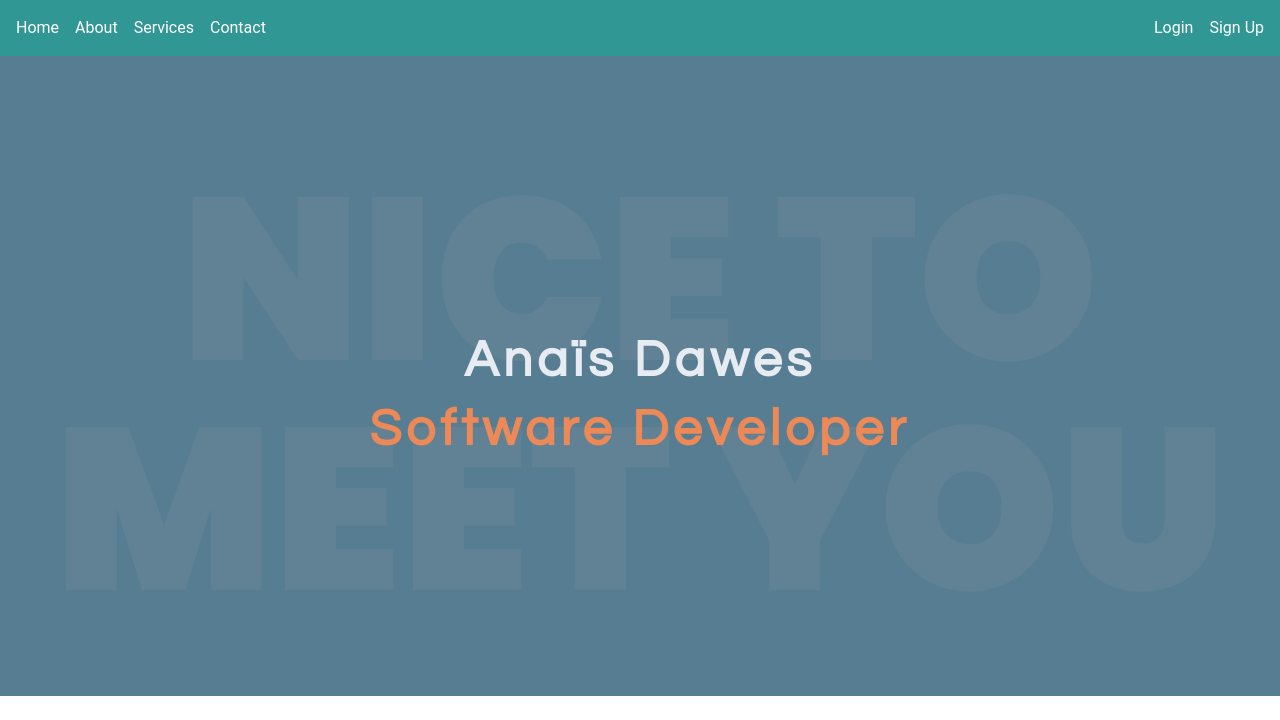
Repository: aedawes/AnaisDawesWebsite
Page: / (app in my-app/)
An editor plug-in stored every save of this project. The page is shown before and after a run of saves, followed by the edit.
The browser window is 1280 px wide. The pictures show the whole page.
Some web fonts or font styles are not loaded; a fallback is used. The project was rebuilt for these pictures with package versions that can differ from the ones it lists, and the page was loaded fresh each time. Also part of the build but not shown: my-app/src/App.css, my-app/src/Components/Navbar.css, my-app/src/Components/Navbar.js.

Above is the page before, as saved 2023-09-02 21:25:37.

### my-app/src/index.js
import React from 'react';
import ReactDOM from 'react-dom/client';
import './index.css';
import App from './App';
import customTheme from './theme';
import reportWebVitals from './reportWebVitals';
import { ChakraProvider } from '@chakra-ui/react'

const root = ReactDOM.createRoot(document.getElementById('root'));
root.render(
  <ChakraProvider theme={customTheme}>
    <React.StrictMode>
      <App />
    </React.StrictMode>
  </ChakraProvider>
);

// If you want to start measuring performance in your app, pass a function
// to log results (for example: reportWebVitals(console.log))
// or send to an analytics endpoint. Learn more: https://bit.ly/CRA-vitals
reportWebVitals();

### my-app/src/App.js
import './App.css';
import Home from './Home';

function App() {
  return (
    <div className="App">
      <header className="App-header">
        <Home></Home>
      </header>
    </div>
  );
}

export default App;

### my-app/src/theme.js
// theme.js
import { extendTheme } from '@chakra-ui/react';

const theme = extendTheme({
    styles: {
        global: {
          // Import and define the Google Fonts using @font-face
          '@font-face': [
            {
              fontFamily: 'Poppins', // Font family name for Poppins
              src: 'url(https://fonts.googleapis.com/css2?family=Poppins:wght@900&display=swap)',
              fontWeight: '900', // FontWeight for Poppins
              fontStyle: 'normal',
            },
            {
              fontFamily: 'Questrial', // Font family name for Questrial
              src: 'url(https://fonts.googleapis.com/css2?family=Questrial&display=swap)',
              fontWeight: 'normal',
              fontStyle: 'normal',
            },
          ],
        },
    },
    colors: {
        blues: {
            100: '#0B0C21',
            200: '#567D91',
            300: '#A9C7D9',
            400: '#E6ECF1',
        },
        oranges: {
            100: '#ED8957',
        },
    },
    fonts: {
        body: 'Roboto, sans-serif',
        heading: 'Montserrat, sans-serif',
    },
});

export default theme;

### my-app/src/Home.js
import './Home.css';
import { Box, Center, Heading, Text, VStack, Button} from '@chakra-ui/react'
import NavBar from './Components/Navbar.js';
import MobileMenu from './Components/MobileMenu';

function Home() {
  return (
    <div className="App">
      <MobileMenu />
      {/* <NavBar /> */}
      <Box id='niceToMeetYou' backgroundColor='blues.200'>
        <Center id="center-content">
          <Heading id='bgText' fontFamily='Poppins'> NICE TO MEET YOU </Heading>
          <VStack id="center-title">
            <Heading
              id='name'
              fontFamily='Questrial'
              color='blues.400'>
              Anaïs Dawes
            </Heading>
            <Heading
              id='job'
              fontFamily='Questrial'
              color='oranges.100'>
              Software Developer
            </Heading>
          </VStack>
        </Center>
      </Box>
    </div>
  );
}

export default Home;

### my-app/src/Home.css
@import url('https://fonts.googleapis.com/css2?family=Poppins:wght@900&family=Questrial&display=swap');
@import url("https://use.typekit.net/ber4ifm.css");

#niceToMeetYou{
    height: fit-content;
    width: 100vw;
}

#center-content {
    padding-top: 8.5%;
    padding-bottom: 5.5%;
}

#bgText {
    text-align: center;
    line-height: 100%;
    font-size: 18vw;
    color: #618294;
}

#center-title {
    position: absolute;
    text-align: center;
}

#name {
    /* font-family: 'Questrial', sans-serif; */
    font-size: 4vw;
    letter-spacing: 5px;
}

#job {
    /* font-family: 'Questrial', sans-serif; */
    font-size: 4vw;
    letter-spacing: 5px;
}

### my-app/src/Components/MobileMenu.js
import React, { useState } from 'react';
import {
  Box,
  Flex,
  Spacer,
  Button,
  Menu,
  MenuButton,
  MenuList,
  MenuItem,
} from '@chakra-ui/react';

const MobileMenu = () => {
  const [isOpen, setIsOpen] = useState(false);

  const toggleMenu = () => {
    setIsOpen(!isOpen);
  };

  return (
    <Flex
      as="nav"
      align="center"
      justify="space-between"
      padding="1rem"
      bg="teal.500"
      color="white"
    >
      <Box display={{ base: 'block', md: 'none' }}>
        <Button>Menu</Button>
      </Box>
      <Box display={{ base: isOpen ? 'block' : 'none', md: 'block' }}>
        <Flex align="center" justify={{ base: 'center', md: 'flex-start' }}>
          <Box>
            <a href="/">Home</a>
          </Box>
          <Box ml={4}>
            <a href="/about">About</a>
          </Box>
          <Box ml={4}>
            <a href="/services">Services</a>
          </Box>
          <Box ml={4}>
            <a href="/contact">Contact</a>
          </Box>
        </Flex>
      </Box>
      <Spacer />
      <Box display={{ base: 'none', md: 'block' }}>
        <Flex align="center">
          <a href="/login">Login</a>
          <Box ml={4}>
            <a href="/signup">Sign Up</a>
          </Box>
        </Flex>
      </Box>
      <Box display={{ base: 'block', md: 'none' }}>
        <Menu>
          <MenuButton />
          <MenuList>
            <MenuItem>
              <a href="/">Home</a>
            </MenuItem>
            <MenuItem>
              <a href="/about">About</a>
            </MenuItem>
            <MenuItem>
              <a href="/services">Services</a>
            </MenuItem>
            <MenuItem>
              <a href="/contact">Contact</a>
            </MenuItem>
            <MenuItem>
              <a href="/login">Login</a>
            </MenuItem>
            <MenuItem>
              <a href="/signup">Sign Up</a>
            </MenuItem>
          </MenuList>
        </Menu>
      </Box>
    </Flex>
  );
};

export default MobileMenu;

Loaded but not shown: my-app/public/index.html (common file); my-app/src/index.css (common file); my-app/src/reportWebVitals.js (common file)

After the next 2 saves:
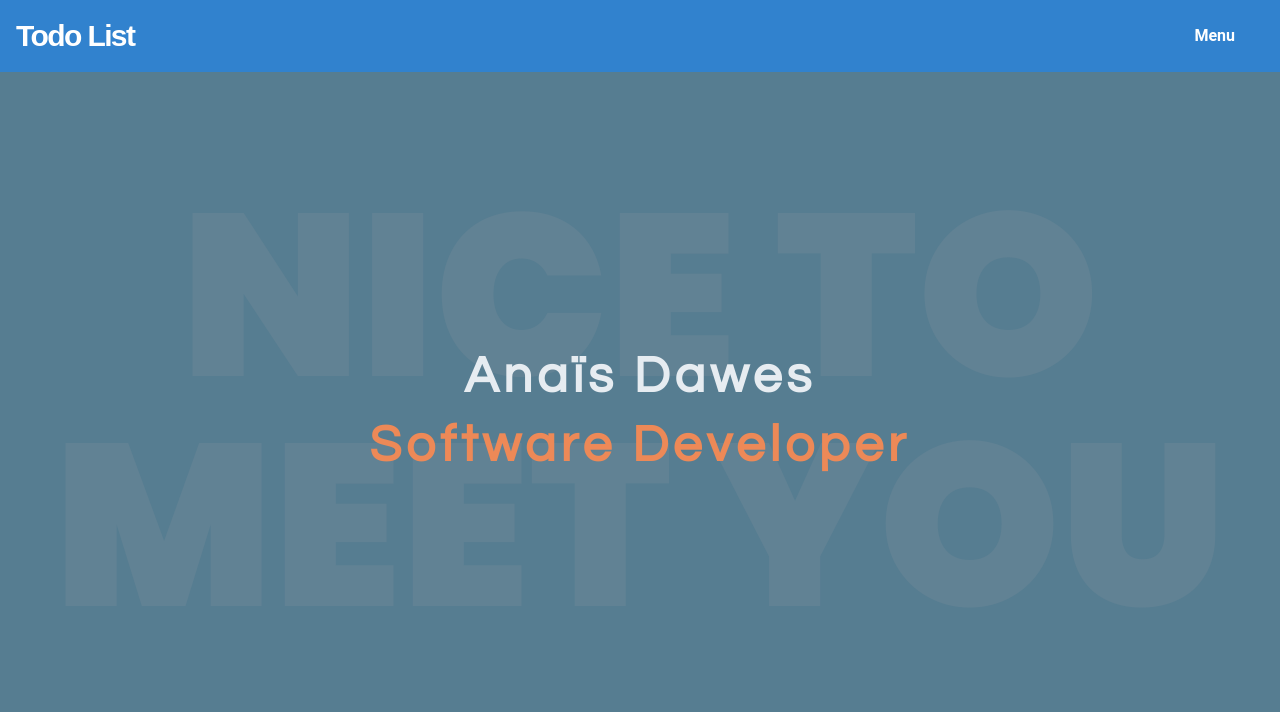
The 2 saves are shown as one change because 1 did not build or start.
The last was saved 4 min 49 s later.
--- a/my-app/src/Components/MobileMenu.js
+++ b/my-app/src/Components/MobileMenu.js
@@ -1,81 +1,61 @@
-import React, { useState } from 'react';
+import { useState } from 'react';
+import { Link } from 'react-router-dom';
 import {
   Box,
+  Button,
   Flex,
-  Spacer,
-  Button,
+  Heading,
   Menu,
   MenuButton,
+  MenuDivider,
   MenuList,
-  MenuItem,
-} from '@chakra-ui/react';
+  MenuItem
+} from '@chakra-ui/react'; //imports from Chakra UI
 
+//Navbar component (only renders the nav bar rather than a full page)
 const MobileMenu = () => {
-  const [isOpen, setIsOpen] = useState(false);
+  const [isOpen, setIsOpen] = useState(false); //state for the menu
 
-  const toggleMenu = () => {
-    setIsOpen(!isOpen);
-  };
+  const toggle = () => setIsOpen(!isOpen); //function to toggle the menu
 
   return (
-    <Flex
-      as="nav"
-      align="center"
-      justify="space-between"
-      padding="1rem"
-      bg="teal.500"
-      color="white"
-    >
-      <Box display={{ base: 'block', md: 'none' }}>
-        <Button>Menu</Button>
+    <Flex as="nav" align="center" justify="space-between" wrap="wrap" padding="1rem" bg="blue.500" color="white">
+      <Flex align="center" mr={5}>
+        <Heading as="h1" size="lg" letterSpacing={'-.1rem'}>
+          Todo List
+        </Heading>
+      </Flex>
+
+      <Box display={{ base: 'block', md: 'none' }} onClick={toggle}>
+        <svg
+          fill="white"
+          width="12px"
+          viewBox="0 0 20 20"
+          xmlns="http://www.w3.org/2000/svg"
+        >
+          <title>Menu</title>
+          <path
+            fillRule="evenodd"
+            d="M20 18H0v-2h20v2zm0-7H0v-2h20v2zm0-7H0V2h20v2z"
+          />
+        </svg>
       </Box>
-      <Box display={{ base: isOpen ? 'block' : 'none', md: 'block' }}>
-        <Flex align="center" justify={{ base: 'center', md: 'flex-start' }}>
-          <Box>
-            <a href="/">Home</a>
-          </Box>
-          <Box ml={4}>
-            <a href="/about">About</a>
-          </Box>
-          <Box ml={4}>
-            <a href="/services">Services</a>
-          </Box>
-          <Box ml={4}>
-            <a href="/contact">Contact</a>
-          </Box>
-        </Flex>
-      </Box>
-      <Spacer />
-      <Box display={{ base: 'none', md: 'block' }}>
-        <Flex align="center">
-          <a href="/login">Login</a>
-          <Box ml={4}>
-            <a href="/signup">Sign Up</a>
-          </Box>
-        </Flex>
-      </Box>
-      <Box display={{ base: 'block', md: 'none' }}>
+
+      <Box display={{ base: isOpen ? 'block' : 'none', md: 'flex' }} width={{ base: 'full', md: 'auto' }} alignItems="center">
         <Menu>
-          <MenuButton />
-          <MenuList>
-            <MenuItem>
-              <a href="/">Home</a>
-            </MenuItem>
-            <MenuItem>
-              <a href="/about">About</a>
-            </MenuItem>
-            <MenuItem>
-              <a href="/services">Services</a>
-            </MenuItem>
-            <MenuItem>
-              <a href="/contact">Contact</a>
-            </MenuItem>
-            <MenuItem>
-              <a href="/login">Login</a>
-            </MenuItem>
-            <MenuItem>
-              <a href="/signup">Sign Up</a>
-            </MenuItem>
+          <MenuButton
+            as={Button}
+            variant="ghost"
+            color="white"
+            rightIcon={<svg width="5" height="5" viewBox="0 0 5 5" fill="none" xmlns="http://www.w3.org/2000/svg"></svg>}
+          >
+            Menu
+          </MenuButton>
+          <MenuList bg="blackAlpha.500">
+            <MenuItem bg="blackAlpha.500">My Todo List</MenuItem>
+            <MenuItem bg="blackAlpha.500">Surprise</MenuItem>
+            <MenuDivider />
+            <MenuItem bg="blackAlpha.500"> Fake Logout</MenuItem>
           </MenuList>
         </Menu>
       </Box>
